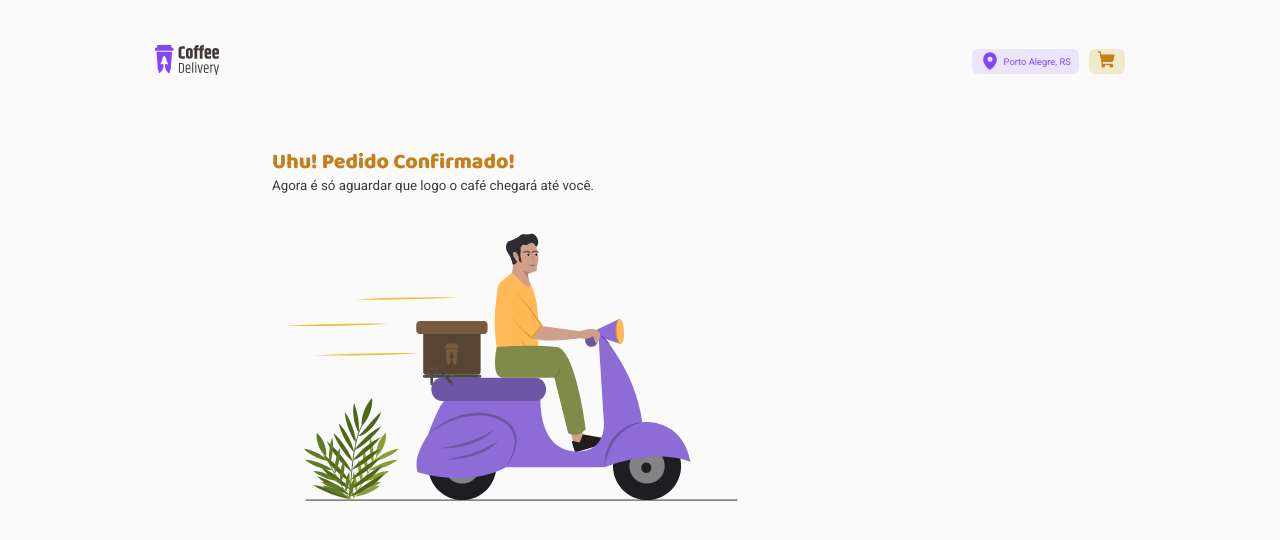
Repository: guilhermecardoso93/react-coffee-delivery
Page: /orderconfirmed
The author's editor kept a copy of each file at every save. The page is drawn from the files as they stood at one save, then again after a run of saves.
The browser window is 1280 px wide. The pictures show the whole page.
The project was rebuilt for these pictures with package versions that can differ from the ones it lists, and the page was loaded fresh each time. Also part of the build but not shown: vite.config.ts, src/pages/CompleteOrder/components/SectiontitleForm/styles.ts, src/pages/CompleteOrder/components/SectiontitleForm/index.tsx, src/components/Input/styles.ts, src/components/Input/index.tsx, src/pages/CompleteOrder/styles.ts, src/pages/CompleteOrder/components/CompleteOrderForm/styles.ts, src/pages/CompleteOrder/components/CompleteOrderForm/AdressForm.tsx and 23 more.

Above is the page before, as saved 2022-07-20 22:07:08.

### index.html
<!DOCTYPE html>
<html lang="en">
  <head>
    <meta charset="UTF-8" />
    <link rel="icon" type="image/svg+xml" href="/src/assets/favicon.ico" />
    <link rel="preconnect" href="https://fonts.googleapis.com" />
    <link rel="preconnect" href="https://fonts.gstatic.com" crossorigin />
    <meta name="viewport" content="width=device-width, initial-scale=1.0" />
    <link
      href="https://fonts.googleapis.com/css2?family=Baloo+2:wght@700;800&family=Roboto:wght@400;500;700&display=swap"
      rel="stylesheet"
    />
    <title>Coffee Delivery - Rocketseat</title>
  </head>
  <body>
    <div id="root"></div>
    <script type="module" src="/src/main.tsx"></script>
  </body>
</html>

### src/App.tsx
import { ThemeProvider } from "styled-components";
import { defaultTheme } from "./styles/themes/default";
import { GlobalStyle } from "./styles/global";
import { Router } from "./Router";
import { BrowserRouter } from "react-router-dom";

export function App() {
  return (
    <ThemeProvider theme={defaultTheme}>
      <BrowserRouter>
        <Router />
        <GlobalStyle />
      </BrowserRouter>
    </ThemeProvider>
  );
}

### src/styles/themes/default.ts
export const defaultTheme = {
  colors: {
    "white": "#FFFFFF",
    "base-background": "#FAFAFA",
    "base-card": "#F3F2F2",
    "base-input": "#EDEDED",
    "base-button": "#E6E5E5",
    "base-hover": "#D7D5D5",
    "base-label": "#8D8686",
    "base-text": "#574F4D",
    "base-subtitle": "#403937",
    "base-title": "#272221",
    "base-error": "#f84747",
    "brand-purple-dark": "#4B2995",
    "brand-purple": "#8047F8",
    "brand-purple-light": "#EBE5F9",
    "brand-yellow-dark": "#C47F17",
    "brand-yellow": "#DBAC2C",
    "brand-yellow-light": "#F1E9C9"
  },
  textSizes: {
    "title-title-xl": "3rem",
    "title-title-l": "2rem",
    "title-title-m": "1.5rem",
    "title-title-s": "1.2rem",
    "title-title-xs": "1.125rem",
    "text-regular-l": "1.25rem",
    "text-bold-l": "1.25rem",
    "text-regular-m": "1rem",
    "text-bold-m": "1rem",
    "text-regular-s": "0.875rem",
    "text-bold-s": "0.75rem",
    "components-tag": "0.625rem",
    "components-button-g": "0.875rem",
    "components-button-s": "0.75rem",
  },
  fonts: {
    regular: "'Roboto'",
    title: "'Baloo 2'",
  },
};

### src/styles/global.ts
import { createGlobalStyle } from "styled-components";
import { px2vw } from "../utils/px2vw";

export const GlobalStyle = createGlobalStyle`
  * {
    margin: 0;
    padding: 0;
    box-sizing: border-box;
    outline: none;
  }
  :root {
      font-size: ${px2vw(16)};

      @media (min-width: 768px) {
        font-size: ${px2vw(14)};
      }

      @media (min-width: 1024px) {
        font-size: ${px2vw(12)};
      }
    }
  body {
    background: ${({ theme }) => theme.colors["base-background"]};
    color: ${({ theme }) => theme.colors["base-text"]};
    -webkit-font-smoothing: antialiased;
  }
  body, input, textarea, button {
    font-family: 'Roboto', sans-serif;
    font-weight: 400;
    font-size: 1rem;
  }
  button {
    cursor: pointer;
  }
  a {
    text-decoration: none;
  }
  input::-webkit-outer-spin-button,
  input::-webkit-inner-spin-button {
    -webkit-appearance: none;
    margin: 0;
  }
  input[type="number"] {
    -moz-appearance: textfield;
  }
  ::-webkit-scrollbar {
    width: 0.4rem;
  }
  ::-webkit-scrollbar-track {
    background: ${({ theme }) => theme.colors["base-button"]}
  }
  ::-webkit-scrollbar-thumb {
    border-radius: 2rem;
    background: ${({ theme }) => theme.colors["brand-purple"]}
  }
`;

### src/Router.tsx
import { Route, Routes } from "react-router-dom";
import { DefaultLayout } from "./layouts/DefaultLayout";
import { CompleteOrder } from "./pages/CompleteOrder";
import { Home } from "./pages/Home";
import { OrderConfirmed } from "./pages/OrderConfirmed";

export function Router() {
  return (
    <Routes>
      <Route path="/" element={<DefaultLayout />}>
        <Route path="/" element={<Home />} />
        <Route path="/completeorder" element={<CompleteOrder />} />
        <Route path="/orderconfirmed" element={<OrderConfirmed />} />
      </Route>
    </Routes>
  );
}

### src/utils/px2vw.ts
export const px2vw = (size: number, width = 1440) => `${(size / width) * 100}vw`;

### src/pages/OrderConfirmed/index.tsx
import { RegularText, TitleText } from "../../components/Texts";
import OrderConfirmedImg from '../../assets/Illustration.svg'
import { OrderConfirmedContainer } from "./styles";

export function OrderConfirmed() {
  return (
    <OrderConfirmedContainer className="container">
      <div>
        <TitleText size="l">Uhu! Pedido Confirmado!</TitleText>
        <RegularText size='l' color="subtitle">
          {" "}Agora é só aguardar que logo o café chegará até você.
        </RegularText>
      </div>
      <section>
        <img src={OrderConfirmedImg} alt="" />
      </section>
    </OrderConfirmedContainer>
  );
}

### src/components/Header/index.tsx
import { MapPin, ShoppingCart } from "phosphor-react";
import { NavLink } from "react-router-dom";
import Logo from "../../assets/logo.svg";
import { HeaderButton, HeaderButtonBase, HeaderContainer } from "./styles";

export function Header() {
  return (
    <HeaderContainer>
      <div>
        <NavLink to="/">
          <img
            src={Logo}
            alt="Coffee Delivery Logo - copo de café escrito delivery"
          />
        </NavLink>
      </div>
      <div>
        <HeaderButton>
          <HeaderButtonBase variant="purple">
            <MapPin size={20} weight="fill" />
            Porto Alegre, RS
          </HeaderButtonBase>
          <HeaderButtonBase variant="yellow">
            <NavLink to="/completeorder">
              <ShoppingCart size={20} weight="fill" />
            </NavLink>
          </HeaderButtonBase>
        </HeaderButton>
      </div>
    </HeaderContainer>
  );
}

### src/layouts/DefaultLayout/styles.ts
import styled from "styled-components";

export const LayoutContainer = styled.div`
  max-width: 80vw;
  margin: 0 auto;
  padding: 2.5rem;

  display: flex;
  flex-direction: column;

  .container {
    width: 100%;
    max-width: 70rem;
    margin-right: auto;
    margin-left: auto;

    padding: 0 0.5rem;
  }
`;

### src/components/Texts.ts
import styled from "styled-components";

interface TitleTextProps {
  size?: "xl" | "l" | "m" | "s" | "xs";
  color?: "title" | "subtitle" | "text";
  weight?: string | number;
}

interface RegularTextProps {
  size?: "l" | "m" | "s";
  color?: "text" | "subtitle" | "label";
  weight?: string | number;
}

export const TitleText = styled.h1<TitleTextProps>`
  color: ${({ theme, color }) => theme.colors[`base-${color ?? "title"}`]};
  font-size: ${({ theme, size }) =>
    theme.textSizes[`title-title-${size ?? "m"}`]};
  font-family: ${({ theme }) => theme.fonts.title};
  line-height: 130%;
  font-weight: ${({ weight }) => weight ?? 800};
`;

export const RegularText = styled.p<RegularTextProps>`
  color: ${({ theme, color }) => theme.colors[`base-${color ?? "text"}`]};
  font-size: ${({ theme, size }) =>
    theme.textSizes[`text-regular-${size ?? "m"}`]};
  line-height: 130%;
  font-weight: ${({ weight }) => weight ?? 400};
`;

### src/pages/OrderConfirmed/styles.ts
import styled from "styled-components";

export const OrderConfirmedContainer = styled.form`
  display: flex;
  flex-direction: column;
  gap: 2.5rem;
  margin-top: 5rem;

  h1 {
    color: ${({ theme }) => theme.colors["brand-yellow-dark"]};
  }

  > section {
    display: flex;
    align-items: center;
    justify-content: space-between;
  }
`;

### src/components/Header/styles.ts
import styled, { css } from "styled-components";

export const HeaderContainer = styled.header`
  width: 100%;
  display: flex;
  align-items: center;
  justify-content: space-between;
  height: 6.5rem;
  background: ${({ theme }) => theme.colors["base-background"]};
  position: sticky;
  top: 0;
  left: 0;
  z-index: 5;

  img {
    width:6rem;
  }
`;

export const HeaderButton = styled.div`
  display: flex;
  align-items: center;
  justify-content: center;
  gap: 1rem;
`;

interface HeaderButtonProps {
  variant: "purple" | "yellow";
}

export const HeaderButtonBase = styled.div<HeaderButtonProps>`
  display: flex;
  justify-content: center;
  align-items: center;
  padding: 8px;
  gap: 4px;
  border-radius: 6px;
  border: none;
  min-width: 2.3rem;
  height: 2.3rem;
  position: relative;
  font-size: 0.875rem;

  ${({ variant, theme }) =>
    variant === "purple" &&
    css`
      background-color: ${theme.colors[`brand-${variant}-light`]};
      color: ${theme.colors[`brand-${variant}`]};
    `}

  ${({ variant, theme }) =>
    variant === "yellow" &&
    css`
      background-color: ${theme.colors[`brand-${variant}-light`]};
      svg {
        color: ${theme.colors[`brand-${variant}-dark`]};
      }
    `}
`;

Loaded but not shown: src/main.tsx (common file); src/layouts/DefaultLayout/index.tsx (common file)

After the next 2 saves:
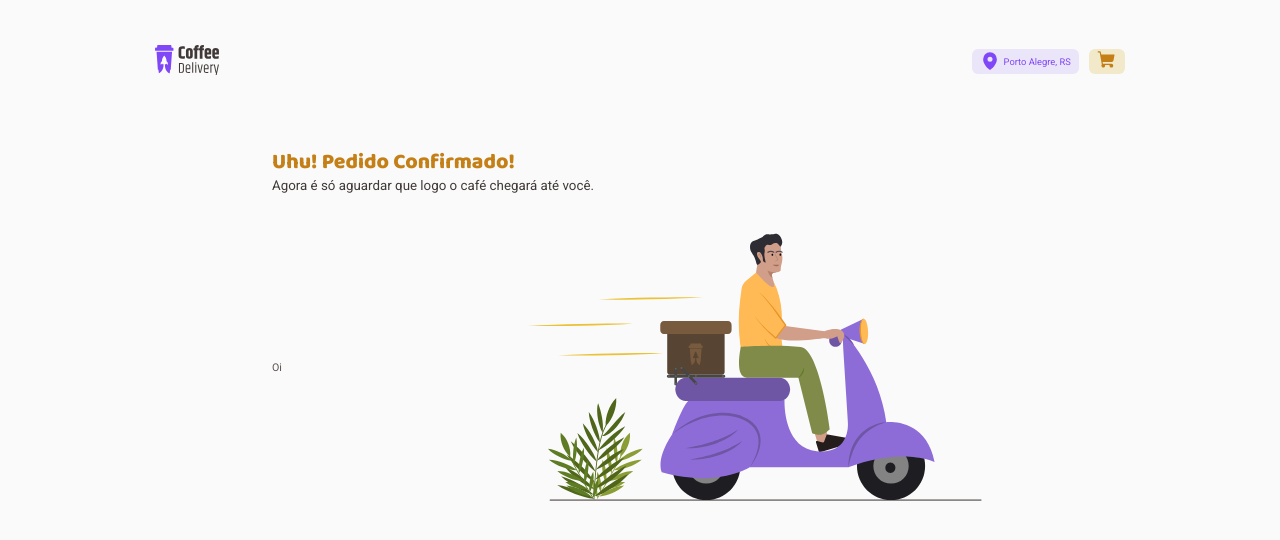
The 2 saves are shown as one change because 1 did not build or start.
The last was saved 72 s later.
--- a/src/pages/OrderConfirmed/index.tsx
+++ b/src/pages/OrderConfirmed/index.tsx
@@ -1,17 +1,20 @@
 import { RegularText, TitleText } from "../../components/Texts";
-import OrderConfirmedImg from '../../assets/Illustration.svg'
-import { OrderConfirmedContainer } from "./styles";
+import OrderConfirmedImg from "../../assets/Illustration.svg";
+import { OrderConfirmedContainer, OrderDetailsContainer } from "./styles";
 
 export function OrderConfirmed() {
   return (
     <OrderConfirmedContainer className="container">
       <div>
         <TitleText size="l">Uhu! Pedido Confirmado!</TitleText>
-        <RegularText size='l' color="subtitle">
+        <RegularText size="l" color="subtitle">
           {" "}Agora é só aguardar que logo o café chegará até você.
         </RegularText>
       </div>
       <section>
+        <OrderDetailsContainer>
+          <p>Oi</p>
+        </OrderDetailsContainer>
         <img src={OrderConfirmedImg} alt="" />
       </section>
     </OrderConfirmedContainer>
--- a/src/pages/OrderConfirmed/styles.ts
+++ b/src/pages/OrderConfirmed/styles.ts
@@ -16,3 +16,6 @@ export const OrderConfirmedContainer = styled.form`
     justify-content: space-between;
   }
 `;
+
+export const OrderDetailsContainer = styled.div `
+`
